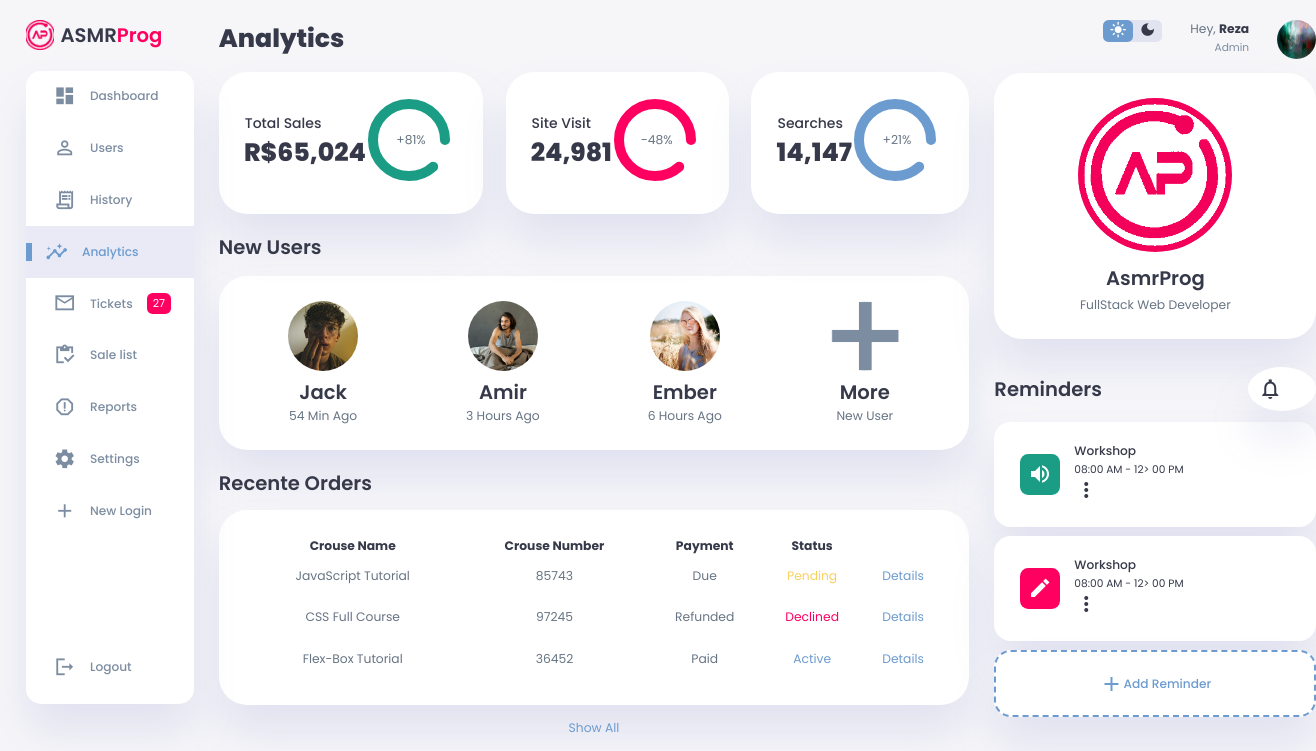
Repository: pheonix5/ProjetosRN-linux
Page: DashBoard/index.html
These files come from the project's save history. The page is drawn as it stood at one moment and after the next save; the edit follows.
The browser window is 1280 px wide. The page is 1316 px wide, so the pictures cover 1316 px, including what lies to the right of the window. The pictures show the whole page.

Above is the page before, as saved 2023-08-06 03:14:58.

### DashBoard/index.html
<!DOCTYPE html>
<html lang="pt-br">

<head>
  <meta charset="UTF-8">
  <meta name="viewport" content="width=device-width, initial-scale=1.0">
  <link href="https://fonts.googleapis.com/icon?family=Material+Icons+Sharp" rel="stylesheet">
  <link rel="stylesheet" href="style.css">
  <title>Responsive Dashboard Design #1</title>
</head>

<body>

  <div class="container">
    <!-- Siderbar Section -->
    <aside>
      <div class="toggle">
        <div class="logo">
          <img src="images/logo.png">
          <h2>ASMR<span class="danger">Prog</span></h2>
        </div>
        <div class="close" id="close-btn">
          <span class="material-icons-sharp">
            close
          </span>
        </div>
      </div>

      <div class="sidebar">
        <a href="#">
          <span class="material-icons-sharp">
            dashboard
          </span>
          <h3>Dashboard</h3>
        </a>
        <a href="#">
          <span class="material-icons-sharp">
            person_outline
          </span>
          <h3>Users</h3>
        </a>
        <a href="#">
          <span class="material-icons-sharp">
            receipt_long
          </span>
          <h3>History</h3>
        </a>
        <a href="#" class="active">
          <span class="material-icons-sharp">
            insights
          </span>
          <h3>Analytics</h3>
        </a>
        <a href="#">
          <span class="material-icons-sharp">
            mail_outline
          </span>
          <h3>Tickets</h3>
          <span class="message_count">27</span>
        </a>
        <a href="#">
          <span class="material-icons-sharp">
            inventory
          </span>
          <h3>Sale list</h3>
        </a>
        <a href="#">
          <span class="material-icons-sharp">
            report_gmailerrorred
          </span>
          <h3>Reports</h3>
        </a>
        <a href="#">
          <span class="material-icons-sharp">
            settings
          </span>
          <h3>Settings</h3>
        </a>
        <a href="#">
          <span class="material-icons-sharp">
            add
          </span>
          <h3>New Login</h3>
        </a>
        <a href="#">
          <span class="material-icons-sharp">
            logout
          </span>
          <h3>Logout</h3>
        </a>
      </div>
    </aside>
    <!-- Fim da Seção do Sidebar-->

    <!-- Main Content-->
    <main>
      <h1>Analytics</h1>
      <!-- Analyses -->
      <div class="analyse">
        <div class="sales">
          <div class="status">
            <div class="info">
              <h3>Total Sales</h3>
              <h1>R$65,024</h1>
            </div>
            <div class="progresss">
              <svg>
                <circle cx="38" cy="38" r="36"></circle>
              </svg>
              <div class="percentage">
                <p>+81%</p>
              </div>
            </div>
          </div>
        </div>

        <div class="visits">
          <div class="status">
            <div class="info">
              <h3>Site Visit</h3>
              <h1>24,981</h1>
            </div>
            <div class="progresss">
              <svg>
                <circle cx="38" cy="38" r="36"></circle>
              </svg>
              <div class="percentage">
                <p>-48%</p>
              </div>
            </div>
          </div>
        </div>

        <div class="searches">
          <div class="status">
            <div class="info">
              <h3>Searches</h3>
              <h1>14,147</h1>
            </div>
            <div class="progresss">
              <svg>
                <circle cx="38" cy="38" r="36"></circle>
              </svg>
              <div class="percentage">
                <p>+21%</p>
              </div>
            </div>
          </div>
        </div>
      </div>
      <!-- End Of Analyses -->

      <!--  New Users Section -->
      <div class="new-users">
        <h2>New Users</h2>
        <div class="user-list">
          <div class="user">
            <img src="images/profile-2.jpg">
            <h2>Jack</h2>
            <p>54 Min Ago</p>
          </div>
          <div class="user">
            <img src="images/profile-3.jpg">
            <h2>Amir</h2>
            <p>3 Hours Ago</p>
          </div>
          <div class="user">
            <img src="images/profile-4.jpg">
            <h2>Ember</h2>
            <p>6 Hours Ago</p>
          </div>
          <div class="user">
            <img src="images/plus.png">
            <h2>More</h2>
            <p>New User</p>
          </div>
        </div>
      </div>
      <!-- End of New Users Section -->


      <!-- Recente Orders Table -->
      <div class="recent-orders">
        <h2>Recente Orders</h2>
        <table>
          <thead>
            <tr>
              <th>Crouse Name</th>
              <th>Crouse Number</th>
              <th>Payment</th>
              <th>Status</th>
              <th></th>
            </tr>
          </thead>
          <tbody>

          </tbody>
        </table>
        <a href="#">Show All</a>
      </div>
      <!-- End of Recent Orders -->

    </main>
    <!-- End of Main Content -->

    <!-- Right Section-->
    <div class="right-section">
      <div class="nav">
        <button id="menu-btn">
          <span class="material-icons-sharp">
            menu
          </span>
        </button>
        <div class="dark-mode">
          <span class="material-icons-sharp active">
            light_mode
          </span>
          <span class="material-icons-sharp">
            dark_mode
          </span>
        </div>

        <div class="profile">
          <div class="info">
            <p>Hey, <b>Reza</b></p>
            <small class="text-muted">Admin</small>
          </div>
          <div class="profile-photo">
            <img src="images/profile-1.jpg">
          </div>
        </div>

      </div>
      <!-- End of Nav -->

      <div class="user-profile">
        <div class="logo">
          <img src="images/logo.png">
          <h2>AsmrProg</h2>
          <p>FullStack Web Developer</p>
        </div>
      </div>

      <div class="reminders">
        <div class="header">
          <h2>Reminders</h2>
          <span class="material-icons-sharp">
            notifications_nones
          </span>
        </div>

        <div class="notification">
          <div class="icon">
            <span class="material-icons-sharp">
              volume_up
            </span>
          </div>
          <div class="content">
            <div class="info">
              <h3>Workshop</h3>
              <small class="text_muted">
                08:00 AM - 12> 00 PM
              </small>
            </div>
            <span class="material-icons-sharp">
              more_vert
            </span>
          </div>
        </div>

        <div class="notification deactive">
          <div class="icon">
            <span class="material-icons-sharp">
              edit
            </span>
          </div>
          <div class="content">
            <div class="info">
              <h3>Workshop</h3>
              <small class="text_muted">
                08:00 AM - 12> 00 PM
              </small>
            </div>
            <span class="material-icons-sharp">
              more_vert
            </span>
          </div>
        </div>

        <div class="notification add-reminder">
          <div>
            <span class="material-icons-sharp">
              add
            </span>
            <h3>Add Reminder</h3>
          </div>
        </div>

      </div>
    </div>


  </div>

  <script src="orders.js"></script>
  <script src="index.js"></script>
</body>

</html>

### DashBoard/style.css
@import url('https://fonts.googleapis.com/css2?family=Barlow:ital,wght@0,100;0,200;0,300;0,400;0,500;0,600;0,700;0,800;0,900;1,100;1,200;1,300;1,400;1,500;1,600;1,700;1,800;1,900&family=Poppins:wght@300;400;500;600;700;800&display=swap');

:root{
  --color-primary: #6C9BCF;
    --color-danger: #FF0060;
    --color-success: #1B9C85;
    --color-warning: #F7D060;
    --color-white: #fff;
    --color-info-dark: #7d8da1;
    --color-dark: #363949;
    --color-light: rgba(132, 139, 200, 0.18);
    --color-dark-variant: #677483;
    --color-background: #f6f6f9;

    --card-border-radius: 2rem;
    --border-radius-1: 0.4rem;
    --border-radius-2: 1.2rem;

    --card-padding: 1.8rem;
    --padding-1: 1.2rem;

    --box-shadow: 0 2rem 3rem var(--color-light);
}

.dark-mode-variables{
  --color-background: #181a1e;
    --color-white: #202528;
    --color-dark: #edeffd;
    --color-dark-variant: #a3bdcc;
    --color-light: rgba(0, 0, 0, 0.4);
    --box-shadow: 0 2rem 3rem var(--color-light);
}

*{
  margin: 0;
  padding: 0;
  outline: 0;
  appearance: 0;
  border: 0;
  text-decoration: none;
  box-sizing: border-box;
}

html{
  font-size: 14px;
}

body{
  width: 100vw;
  height: 100vh;
  font-family: 'Poppins', sans-serif;
  font-size: 0.88rem;
  user-select: none;
  overflow-x: hidden;
  color: var(--color-dark);
  background-color: var(--color-background);
}

a{
  color: var(--color-dark);
}

img{
  display: block;
  width: 100%;
  object-fit: cover;
}

h1{
  font-weight: 800;
  font-size: 1.8rem;
}

h2{
  font-weight: 600;
  font-size: 1.4rem;
}

h3{
  font-weight: 500;
  font-size: 0.87rem;
}

small{
  font-size: 0.76rem;
}

p{
  color: var(--color-dark-variant);
}

b{
  color: var(--color-dark);
}

.text-muted{
  color: var(--color-info-dark);
}

.primary{
  color: var(--color-primary);
}

.danger{
  color: var(--color-danger);
}

.sucess{
  color: var(--color-success);
}

.warning{
  color: var(--color-warning);
}

.container{
  display: grid;
  width: 96%;
  margin: 0 auto;
  gap: 1.8rem;
  grid-template-columns: 12rem auto 23rem;
}

aside{
  height: 100vh;
}

aside .toggle{
  display: flex;
  align-items: center;
  justify-content: space-between;
  margin-top: 1.4rem;
}

aside .toggle .logo{
  display: flex;
  gap: 0.5rem;
}

aside .toggle .logo img{
  width: 2rem;
  width: 2rem;
}

aside .toggle .close{
  padding-right: 1rem;
  display: none;
}

aside .sidebar{
  display: flex;
  flex-direction: column;
  background-color: var(--color-white);
  box-shadow: var(--box-shadow);
  border-radius: 15px;
  height: 88vh;
  position: relative;
  top: 1.5rem;
  transition: all 0.3s ease;
}

aside .sidebar:hover{
  box-shadow: none;
}

aside .sidebar a{
  display: flex;
  align-items: center;
  color:  var(--color-info-dark);
  height: 3.7rem;
  gap: 1rem;
  position: relative;
  margin-left: 2rem;
  transition: all 0.3s ease;
}

aside .sidebar a span{
  font-size: 1.6rem;
  transition: all 0.3s ease;
}

aside .sidebar a:last-child{
  position: absolute;
  bottom: 0.8rem;
  width: 100%;
}

aside .sidebar a.active{
  width: 100%;
  color: var(--color-primary);
  background-color: var(--color-light);
  margin-left: 0;
}

aside .sidebar a.active::before{
  content: '';
  width: 6px;
  height: 18px;
  background-color: var(--color-primary);
}

aside .sidebar a.active span{
  color: var(--color-primary);
  margin-left: calc(1rem -3px);
}

aside .sidebar a:hover{
  color: var(--color-primary);
}

aside .sidebar a:hover span{
  margin-left: 0.6rem;
}

aside .sidebar .message_count{
  background-color: var(--color-danger);
  padding: 2px 6px;
  color: var(--color-white);
  font-size: 11px;
  border-radius: var(--border-radius-1);
}

main{
  margin-top: 1.4rem;
}

main .analyse{
  display: grid;
  grid-template-columns: repeat(3, 1fr);
  gap: 1.6rem;
}

main .analyse > div{
  background-color: var(--color-white);
  padding: var(--card-padding);
  border-radius: var(--card-border-radius);
  margin-top: 1rem;
  box-shadow: var(--box-shadow);
  cursor: pointer;
  transition: all 0.3s ease;
}

main .analyse > div:hover{
  box-shadow: none;
}

main .analyse > div .status{
  display: flex;
  align-items: center;
  justify-content: space-between;
}


main .analyse h3{
  margin-left: .06rem;
  font-size: 1rem;
}

main .analyse .progresss{
  position: relative;
  width: 92px;
  height: 92px;
  border-radius: 50%;
}

main .analyse svg{
  width: 7rem;
  height: 7rem;
}

main .analyse svg circle{
  fill: none;
  stroke-width: 10;
  stroke-linecap: round;
  transform: translate(5px, 5px);
}

main .analyse .sales svg circle{
  stroke: var(--color-success);
  stroke-dashoffset: -30;
  stroke-dasharray: 200;
}

main .analyse .visits svg circle{
  stroke: var(--color-danger);
  stroke-dashoffset: -30;
  stroke-dasharray: 200;
}

main .analyse .searches svg circle{
  stroke: var(--color-primary);
  stroke-dashoffset: -30;
  stroke-dasharray: 200;
}

main .analyse .progresss .percentage{
  position: absolute;
  top: -3px;
  left: -1px;
  display: flex;
  align-items: center;
  justify-content: center;
  height: 100%;
  width: 100%;
}

main .new-users{
  margin-top: 1.3rem;
}

main .new-users .user-list{
  background-color: var(--color-white);
  padding: var(--card-padding);
  border-radius: var(--card-border-radius);
  margin-top: 1rem;
  box-shadow: var(--box-shadow);
  display: flex;
  justify-content: space-around;
  flex-wrap: wrap;
  gap: 1.4rem;
  transition: all 0.3s ease;
}

main .new-users .user-list:hover{
  box-shadow: none;
}

main .new-users .user-list .user{
  display: flex;
  flex-direction: column;
  align-items: center;
  justify-content: center;
}

main .new-users .user-list .user img{
  width: 5rem;
  height: 5rem;
  margin-bottom: 0.4rem;
  border-radius: 50%;
}

main .recent-orders{
  margin-top: 1.3rem;
}

main .recent-orders h2{
  margin-bottom: 0.8rem;
}

main .recent-orders table{
  background-color: var(--color-white);
  width: 100%;
  padding: var(--card-padding);
  text-align: center;
  box-shadow: var(--box-shadow);
  border-radius: var(--card-border-radius);
  transition: all 0.3s ease;
}

main .recent-orders table:hover{
  box-shadow: none;
}

main table tbody td{
  height: 2.8rem;
  border-bottom: 1px solid var(--color-white);
  color: var(--color-dark-variant);
}

main table tbody tr:last-child td{
  border: none;
}

main .recent-orders a{
  text-align: center;
  display: block;
  margin: 1rem auto;
  color:  var(--color-primary);
}

.right-section{
  margin-top: 1.4rem;
}

.right-section .nav{
  display: flex;
  justify-content: end;
  gap: 2rem;
}

.right-section .nav button{
  display: none;
}

.right-section .dark-mode{
  background-color: var(--color-light);
  display: flex;
  justify-content: space-between;
  align-items: center;
  height: 1.6rem;
  width: 4.2rem;
  cursor: pointer;
  border-radius: var(--border-radius-1);
}

.right-section .dark-mode span{
  font-size: 1.2rem;
  width: 50%;
  height: 100%;
  display: flex;
  align-items: center;
  justify-content: center;
}

.right-section .dark-mode span.active{
  background-color: var(--color-primary);
  color: white;
  border-radius: var(--border-radius-1);
}

.right-section .nav .profile{
  display: flex;
  gap: 2rem;
  text-align: right;
}
.right-section .nav .profile .profile-photo{
  width: 2.8rem;
  height: 2.8rem;
  border-radius: 50%;
  overflow: hidden;
}

.right-section .user-profile{
  display: flex;
  justify-content: center;
  text-align: center;
  margin-top: 1rem;
  background-color: var(--color-white);
  padding:  var(--card-padding);
  border-radius: var(--card-border-radius);
  box-shadow: var(--box-shadow);
  cursor: pointer;
  transition: all 0.3s ease;
}

.right-section .user-profile:hover{
  box-shadow: none;
}

.right-section .user-profile img{
  width: 11rem;
  height: auto;
  margin-bottom: 0.8rem;
  border-radius: 50%;
}

.right-section .user-profile h2{
  margin-bottom: 0.2rem;
}

.right-section .reminders{
  margin-top: 2rem;
}

.right-section .reminders .header{
  display: flex;
  align-items: center;
  justify-content: space-between;
  margin-bottom: 0.8rem;
}

.right-section .reminders .header span{
  padding: 10px;
  box-shadow: var(--box-shadow);
  background-color: var(--color-white);
  border-radius: 50%;
}

.right-section .reminders .notification{
  background-color: var(--color-white);
  display: flex;
  align-items: center;
  gap: 1rem;
  margin-bottom: 0.7rem;
  padding: 1.4rem var(--card-padding);
  border-radius: var(--border-radius-2);
  box-shadow: var(--box-shadow);
  cursor: pointer;
  transition: all 0.3s ease;
}

.right-section .reminders .notification:hover{
  box-shadow: none;
}

.recent-orders .reminders .notification .content{
  display: flex;
  justify-content: space-between;
  align-items: center;
  margin: 0;
  width: 100%;
}

.right-section .reminders .notification .icon{
  padding: 0.6rem;
  color:  var(--color-white);
  background-color: var(--color-success);
  border-radius: 20%;
  display: flex;
}

.right-section .reminders .notification.deactive .icon{
  background-color: var(--color-danger);
}

.right-section .reminders .add-reminder{
  background-color: var(--color-white);
  border: 2px dashed var(--color-primary);
  color: var(--color-primary);
  display: flex;
  align-items: center;
  justify-content: center;
  cursor: pointer;
}

.right-section .reminders .add-reminder:hover{
  background-color: var(--color-primary);
  color: white;
}

.right-section .reminders .add-reminder div{
  display: flex;
  align-items: center;
  grid-area: 0.6rem;
}

### DashBoard/orders.js
const Orders = [
  {
    productName: 'JavaScript Tutorial',
    productNumber: '85743',
    paymentStatus: 'Due',
    status: 'Pending'
  },
  {
    productName: 'CSS Full Course',
    productNumber: '97245',
    paymentStatus: 'Refunded',
    status: 'Declined'
  },
  {
    productName: 'Flex-Box Tutorial',
    productNumber: '36452',
    paymentStatus: 'Paid',
    status: 'Active'
  },
]

### DashBoard/index.js
Orders.forEach(order => {
  const tr = document.createElement('tr');
  const trContent = `
    <td>${order.productName}</td>
    <td>${order.productNumber}</td>
    <td>${order.paymentStatus}</td>
    <td class="${order.status === 'Declined' ? 'danger' : order.status === 'Pending' ? 'warning' : 'primary'}">${order.status}</td>
    <td class="primary">Details</td>
  ` ;
  tr.innerHTML = trContent;
  document.querySelector('table tbody').appendChild(tr)
})

After the next save:
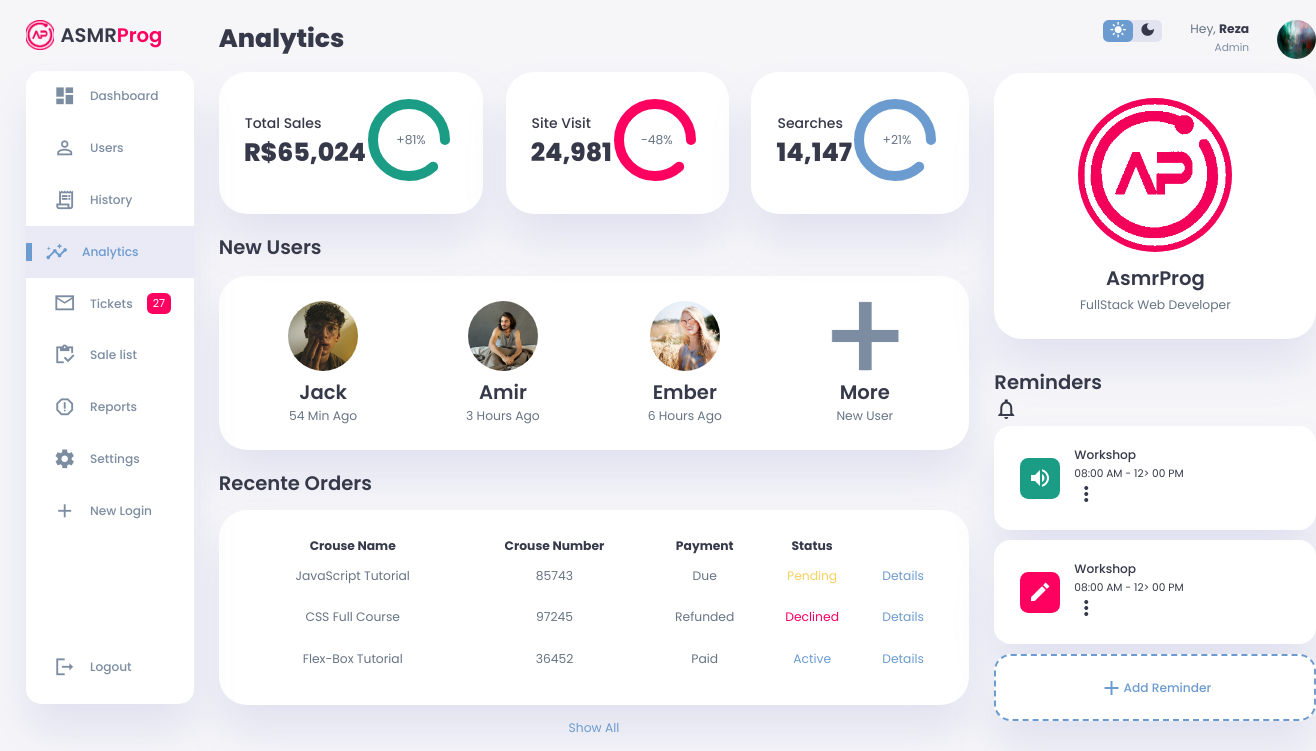
Saved 74 s later.
--- a/DashBoard/style.css
+++ b/DashBoard/style.css
@@ -462,19 +462,7 @@ main .recent-orders a{
   margin-top: 2rem;
 }
 
-.right-section .reminders .header{
-  display: flex;
-  align-items: center;
-  justify-content: space-between;
-  margin-bottom: 0.8rem;
-}
-
-.right-section .reminders .header span{
-  padding: 10px;
-  box-shadow: var(--box-shadow);
-  background-color: var(--color-white);
-  border-radius: 50%;
-}
+
 
 .right-section .reminders .notification{
   background-color: var(--color-white);
